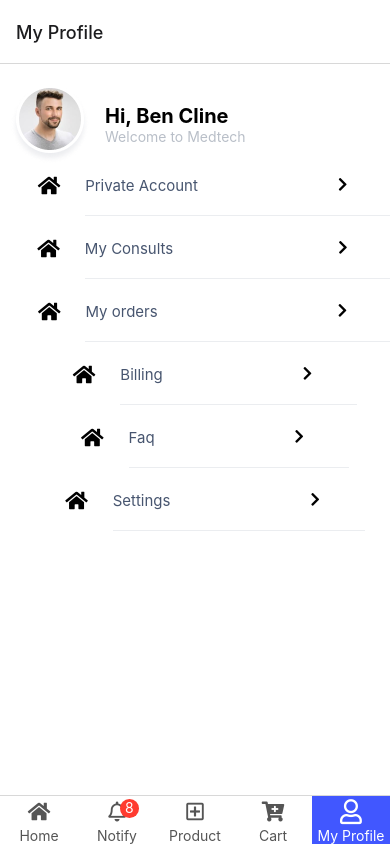
Repository: ntu34543/designReactNative
Screen: /My Profile
The author's editor kept a copy of each file at every save. The screen is drawn from the files as they stood at one save, then again after the next save.
The app was drawn by React Native's web renderer in a window 390 px wide. The project was rebuilt for these pictures with package versions that can differ from the ones it lists, and the page was loaded fresh each time. Some packages were replaced by stand-ins written for this rebuild. Also part of the build but not shown: page/DiabetesCare.js, page/Notify.js, page/Cart.js.

Above is the screen before, as saved 2022-11-02 11:06:22.

### App.js
import { StatusBar } from "expo-status-bar";
import { StyleSheet, Text, View, Pressable, TabBarIOSItem } from "react-native";
import { NavigationContainer } from "@react-navigation/native";
import { createStackNavigator } from "@react-navigation/stack";
import ScreenA from "./page/Home";
import ScreenB from "./page/DiabetesCare";
import Profile from "./page/Profile";
import Notify from "./page/Notify";
import Cart from "./page/Cart";
import FontAwesome5 from "react-native-vector-icons/FontAwesome5";
import { createBottomTabNavigator } from "@react-navigation/bottom-tabs";

const Tab = createBottomTabNavigator();
const Stack = createStackNavigator();
// const Tab = createStackNavigator();
export default function App() {
  return (
    <NavigationContainer>
      <Tab.Navigator
        // screenOptions={{ header: () => null }}
        screenOptions={({ route }) => ({
          tabBarIcon: ({ focused, size, color }) => {
            let iconName;
            if (route.name === "Home") {
              iconName = "home";
              size = focused ? 25 : 20;
              // color = focused ? "#f0f" : "#555";
            } else if (route.name === "Product") {
              iconName = "plus-square";
              size = focused ? 25 : 20;
              // color = focused ? "#f0f" : "#555";
            } else if (route.name === "My Profile") {
              iconName = "user";
              size = focused ? 25 : 20;
              // color = focused ? "#f0f" : "#555";
            } else if (route.name === "Notify") {
              iconName = "bell";
              size = focused ? 25 : 20;
              // color = focused ? "#f0f" : "#555";
            } else if (route.name === "Cart") {
              iconName = "cart-plus";
              size = focused ? 25 : 20;
              // color = focused ? "#f0f" : "#555";
            }
            return <FontAwesome5 name={iconName} size={size} color={color} />;
          },
        })}
        tabBarOptions={{
          activeTintColor: "white",
          activeBackgroundColor: "#4157ff",
          inactiveTintColor: "#555",
          inactiveBackgroundColor: "white",
          showLabel: true,
          labelStyle: { fontSize: 14 },
        }}
      >
        <Tab.Screen
          name="Home"
          component={ScreenA}
          // options={{ tabBarBadge: 3 }}
        />
        {/* options={{header: () => null}} */}
        <Tab.Screen name="Notify" options={{ tabBarBadge: 8 }} component={Notify} />
        <Tab.Screen name="Product" component={ScreenB} />
        <Tab.Screen name="Cart" component={Cart} />
        <Tab.Screen name="My Profile" component={Profile} />
      </Tab.Navigator>
    </NavigationContainer>
  );
}

### page/Home.js
import { StatusBar } from "expo-status-bar";
import { StyleSheet, Text, View, Pressable } from "react-native";

export default function ScreenA({ navigation }) {
  const onPressHandler = () => {
    navigation.navigate("Screen_B");
    // navigation.replace("Screen_B");
  };
  return (
    <View style={styles.body}>
      <Text style={styles.text}>Home</Text>
      <Pressable
        onPress={onPressHandler}
        style={({ pressed }) => ({
          backgroundColor: pressed ? "#ddd" : "#0f0",
        })}
      >
        <Text style={styles.text}>Go to the Screen B</Text>
      </Pressable>
    </View>
  );
}

const styles = StyleSheet.create({
  body: {
    flex: 1,
    justifyContent: "center",
    alignItems: "center",
  },
  text: {
    fontSize: 30,
    fontWeight: "bold",
  },
});

### page/Profile.js
import { useState } from "react";
import { StatusBar } from "expo-status-bar";
import {
  StyleSheet,
  Text,
  View,
  Pressable,
  Image,
  ScrollView,
  FlatList,
  SafeAreaView,
} from "react-native";
import FontAwesome5 from "react-native-vector-icons/FontAwesome5";

export default function Profile({ navigation }) {
  const onPressHandler = () => {
    navigation.navigate("Screen_A");
    // navigation.goBack();
  };
  return (
    <View style={styles.body}>
      <View style={styles.header}>
        <Image
          style={styles.image}
          source={require("../assets/img/profile.png")}
        />
        <View style={styles.inf}>
          <Text style={styles.text1}>Hi, Ben Cline</Text>
          <Text style={styles.text2}>Welcome to Medtech</Text>
        </View>
      </View>
      <View style={styles.main}>
        <View style={styles.block}>
          <FontAwesome5 name="home" size={20} style={styles.iconHome} />
          <View style={styles.item}>
            <Text style={styles.text3}>Private Account</Text>
            <FontAwesome5 name="chevron-right" size={15} color="black" style={styles.iconChevron} />
          </View>
        </View>
        <View style={styles.block}>
          <FontAwesome5 name="home" size={20} style={styles.iconHome} />
          <View style={styles.item}>
            <Text style={styles.text3}>My Consults</Text>
            <FontAwesome5 name="chevron-right" size={15} color="black" style={styles.iconChevron1} />
          </View>
        </View>
        <View style={styles.block}>
          <FontAwesome5 name="home" size={20} style={styles.iconHome} />
          <View style={styles.item}>
            <Text style={styles.text3}>My orders</Text>
            <FontAwesome5 name="chevron-right" size={15} color="black" style={styles.iconChevron2} />
          </View>
        </View>
        <View style={styles.block}>
          <FontAwesome5 name="home" size={20} style={styles.iconHome} />
          <View style={styles.item}>
            <Text style={styles.text3}>Billing</Text>
            <FontAwesome5 name="chevron-right" size={15} color="black" style={styles.iconChevron3} />
          </View>
        </View>
        <View style={styles.block}>
          <FontAwesome5 name="home" size={20} style={styles.iconHome} />
          <View style={styles.item}>
            <Text style={styles.text3}>Faq</Text>
            <FontAwesome5 name="chevron-right" size={15} color="black" style={styles.iconChevron4} />
          </View>
        </View>
        <View style={styles.block}>
          <FontAwesome5 name="home" size={20} style={styles.iconHome} />
          <View style={styles.item}>
            <Text style={styles.text3}>Settings</Text>
            <FontAwesome5 name="chevron-right" size={15} color="black" style={styles.iconChevron5} />
          </View>
        </View>
      </View>
    </View>
  );
}

const styles = StyleSheet.create({
  body: {
    flex: 1,
    backgroundColor: "white",
    paddingLeft: 10,
    paddingRight: 0,
  },
  text: {
    fontSize: 30,
    fontWeight: "bold",
  },
  header: {
    flexDirection: "row",
    alignItems: "center",
    marginTop: 20,
  },
  inf: {
    marginLeft: 15,
  },
  image: {},
  text1: {
    fontWeight: "bold",
    fontSize: 20,
  },
  text2: {
    fontWeight: "light",
    fontSize: 14,
    color: "#b9bfc8",
  },
  main: {},
  block: {
    flexDirection: "row",
    alignItems: "center",
    justifyContent: "center",
    padding: 10,
  },
  item: {
    flexDirection: "row",
    borderBottomWidth: 1,
    borderBottomColor: "#091C3F14",
    marginLeft: 25,
    alignItems: "center",
    paddingRight: 45,
    paddingBottom: 20,
  },
  text3: {
    color: "#091C3FBF",
    fontWeight: "light",
    fontSize: 15,
  },
  iconChevron : {
    paddingLeft: 140,
  },
  iconChevron1 : {
    paddingLeft: 165,
  },
  iconChevron2 : {
    paddingLeft: 180,
  },
  iconChevron3 : {
    paddingLeft: 140,
  },
  iconChevron4 : {
    paddingLeft: 140,
  },
  iconChevron5 : {
    paddingLeft: 140,
  },
  iconHome: {
    marginLeft: 30,
    paddingBottom: 20,
  }
});

After the next save:
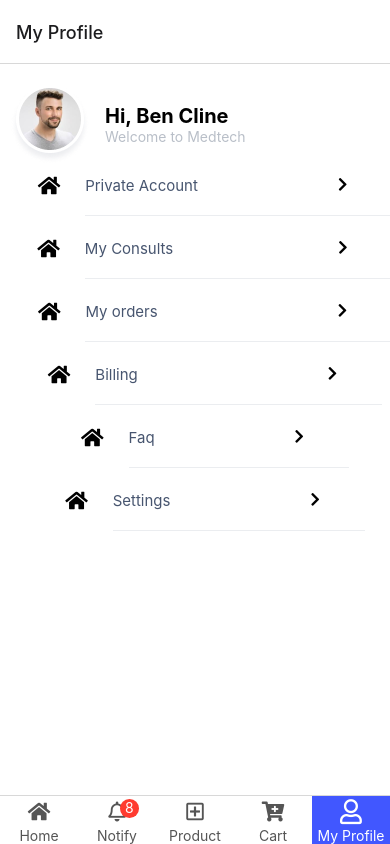
Saved 74 s later.
--- a/page/Profile.js
+++ b/page/Profile.js
@@ -137,7 +137,7 @@ const styles = StyleSheet.create({
     paddingLeft: 180,
   },
   iconChevron3 : {
-    paddingLeft: 140,
+    paddingLeft: 190,
   },
   iconChevron4 : {
     paddingLeft: 140,
